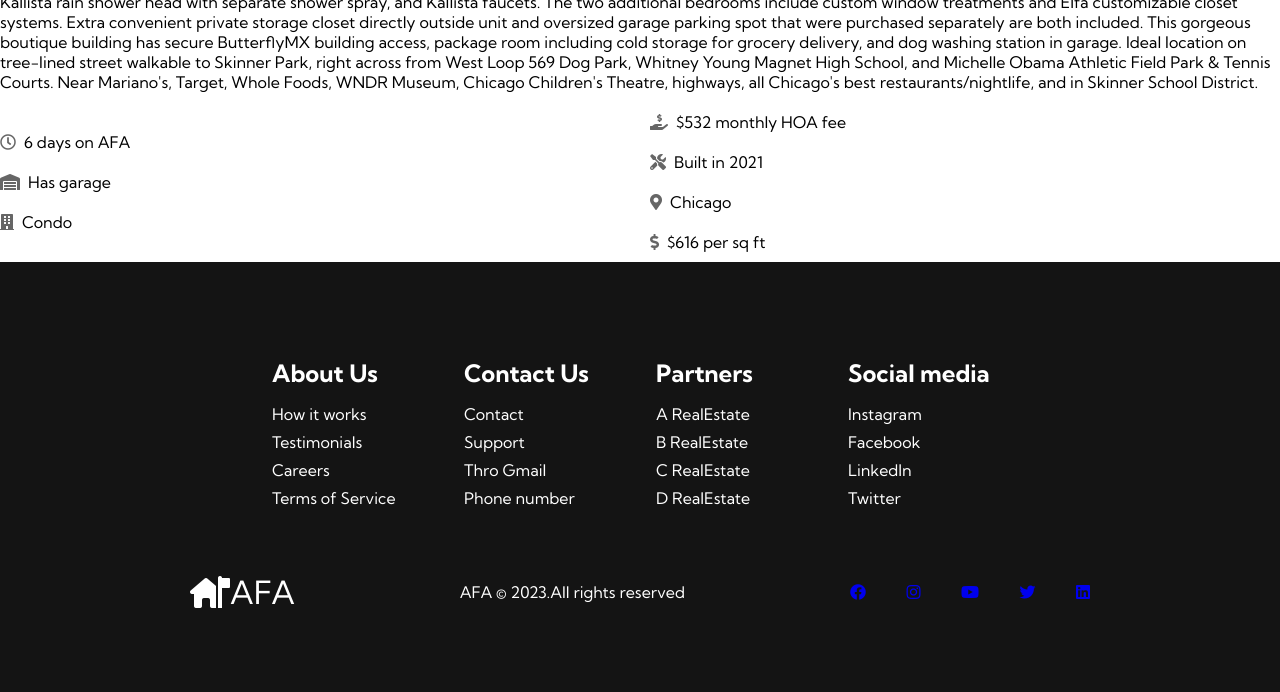
Repository: MrAllin1/ProgWWW_23_Gr1
Page: pages/Apartment1.html
These files come from the project's save history. The page is drawn as it stood at one moment and after the next save; the edit follows.
The browser window is 1280 px wide. The pictures show the part of the page from y = 817 to 1769 px (the page is 1509 px tall before and 1769 px after).
A picture or video elsewhere on the page could not be fetched, so the positions and the page height are approximate. Some web libraries are served in a nearby version.

Above is the page before, as saved 2024-01-11 02:23:03.

### pages/Apartment1.html
<!DOCTYPE html>
<html lang="en">
<head>
    <meta charset="UTF-8">
    <meta name="viewport" content="width=device-width, initial-scale=1.0">
    <link rel="stylesheet" type="text/css" href="../pages/stylesForHouse.css">
    <script src="https://kit.fontawesome.com/186711ed6a.js" crossorigin="anonymous"></script>
    <link rel="preconnect" href="https://fonts.googleapis.com">
    <link rel="preconnect" href="https://fonts.gstatic.com" crossorigin>
    <link href="https://fonts.googleapis.com/css2?family=Kumbh+Sans:wght@400;700&display=swap" rel="stylesheet">
    <link rel="stylesheet" href="https://cdnjs.cloudflare.com/ajax/libs/font-awesome/5.15.1/css/all.min.css">
    <title>Apartment on Chicago</title>
</head>
<body>
    <nav class="navbar">
        <div class="navbar_container">
            <a href="/" id="navbar_logo"> <i class="fas fa-house-flag"></i>AFA</a>
            <div class="navbar_toggle" id="mobile-menu">
                <span class="bar"></span>
                <span class="bar"></span>
                <span class="bar"></span>
            </div>
            <ul class="navbar_menu">
                <li class="navbar_item">
                    <a href="#home" class="navbar_link">Home</a>
                </li>
                <li class="navbar_item">
                    <a href="#services" class="navbar_link">Services</a>
                </li>
                <li class="navbar_item">
                    <a href="/pages/BuyRent.html" class="navbar_link">Buy/Rent</a>
                </li>
                <li class="navbar_item">
                    <a href="/pages/sell.html" class="navbar_link">Sell</a>
                </li>
                <li class="navbar_btn">
                    <a href="/pages/signUp.html" class="button">Sign Up</a>
                </li>
            </ul>
        </div>
    </nav>
    <div class="gallery-container">
        <h2>Welcome to the Chicago, IL 60607 Apartment</h2> </br>
        <a href="https://www.google.com/maps/place/1400+W+Monroe+St+Unit+3D,+Chicago,+IL+60607/@41.8921309,-87.6437649,17z/data=!3m1!4b1!4m5!3m4!1s0x880e2c022b8c54db:0xb0636704019237d3!8m2!3d41.8921309!4d-87.6415762" target="_blank" class="services_link1">1400 W Monroe St Unit 3D, Chicago, IL 60607</a> </br>
        <p>$1,135,000</p></br>
        <span> 171 square meters</span>
        <div class="gallery">
            <img src="/images/Apartment_1/item_1.jpg" alt="Image 1" />
            <img src="/images/Apartment_1/item_2.jpg" alt="Image 2" />
            <img src="/images/Apartment_1/item_3.jpg" alt="Image 3" />
            <img src="/images/Apartment_1/item_4.jpg" alt="Image 4" />
            <img src="/images/Apartment_1/item_5.JPG" alt="Image 5" />
            <img src="/images/Apartment_1/item_6.JPG" alt="Image 6" />
            <img src="/images/Apartment_1/item_7.JPG" alt="Image 7" />
            <img src="/images/Apartment_1/item_8.JPG" alt="Image 8" />
            <img src="/images/Apartment_1/item_9.JPG" alt="Image 9" />
            <img src="/images/Apartment_1/item_10.jpg" alt="Image 10" />
            <img src="/images/Apartment_1/item_11.jpg" alt="Image 11" />
            <img src="/images/Apartment_1/item_12.jpg" alt="Image 12" />
            <img src="/images/Apartment_1/item_13.jpg" alt="Image 13" />
            <img src="/images/Apartment_1/item_14.jpg" alt="Image 14" />
            <img src="/images/Apartment_1/item_15.JPG" alt="Image 15" />
            <img src="/images/Apartment_1/item_16.jpg" alt="Image 16" />
            <img src="/images/Apartment_1/item_17.jpg" alt="Image 17" />
            <img src="/images/Apartment_1/item_18.jpg" alt="Image 18" />
            <img src="/images/Apartment_1/item_19.jpg" alt="Image 19" />
            <img src="/images/Apartment_1/item_20.jpg" alt="Image 20" />
            <img src="/images/Apartment_1/item_21.jpg" alt="Image 21" />
            <img src="/images/Apartment_1/item_22.jpg" alt="Image 22" />
          </div>

          <button class="arrow-button left">&#8249;</button>
          <button class="arrow-button right">&#8250;</button>
          <p> About this home
            Stunning 3Bed/2.5Bath corner condo in the gorgeous, newer construction 1400 W Monroe Residences!
            Distinctly upgraded unit includes hardwood floors throughout, custom designed kitchen by Mojo Stumer
            with 3 cm quartz countertops, beautiful custom cabinetry, custom built-in Thermador appliances & Bosch
            dishwasher, sleek pendants & undercabinet kitchen lighting. Additional features include custom recessed
            lighting, Lutron Caseta Wireless Lighting Technology package with thermostat controls, RH dining light
            fixture, oversized black framed windows with custom remote shades in living/dining area, and private
            covered weather resistant balcony to enjoy grilling or afternoon sunsets. Primary suite features custom
            lighting, custom window treatments, expertly-designed dressing room with California closets and concealed
            storage for a luxury look as well as floating double vanity in primary bathroom with 3 cm quartz countertops,
            dual illuminated frameless wall mounted medicine cabinets, Kallista rain shower head with separate shower spray,
            and Kallista faucets. The two additional bedrooms include custom window treatments and Elfa customizable closet
            systems. Extra convenient private storage closet directly outside unit and oversized garage parking spot that
            were purchased separately are both included. This gorgeous boutique building has secure ButterflyMX building
            access, package room including cold storage for grocery delivery, and dog washing station in garage. Ideal
            location on tree-lined street walkable to Skinner Park, right across from West Loop 569 Dog Park, Whitney
            Young Magnet High School, and Michelle Obama Athletic Field Park & Tennis Courts. Near Mariano's, Target,
            Whole Foods, WNDR Museum, Chicago Children's Theatre, highways, all Chicago's best restaurants/nightlife,
            and in Skinner School District.</p>
    </div>
</br>
    <div class="property-features">
      <div class="feature">
        <i class="far fa-clock"></i> 6 days on AFA
      </div>
      <div class="feature">
        <i class="fas fa-warehouse"></i> Has garage
      </div>
      <div class="feature">
        <i class="fas fa-building"></i> Condo
      </div>
      <div class="feature">
        <i class="fas fa-hand-holding-usd"></i> $532 monthly HOA fee
      </div>
      <div class="feature">
        <i class="fas fa-tools"></i> Built in 2021
      </div>
      <div class="feature">
        <i class="fas fa-map-marker-alt"></i> Chicago
      </div>
      <div class="feature">
        <i class="fas fa-dollar-sign"></i> $616 per sq ft
      </div>
    </div>


    <div class="footer_container">
        <div class="footer_links">
            <div class="footer_link-wrapper">
                <div class="footer_link-items">
                    <h2>About Us</h2>
                    <a href="/">How it works</a>
                    <a href="/">Testimonials</a>
                    <a href="/">Careers</a>
                    <a href="/">Terms of Service</a>
                </div>
                <div class="footer_link-items">
                    <h2>Contact Us</h2>
                    <a href="/">Contact</a>
                    <a href="/">Support</a>
                    <a href="/">Thro Gmail</a>
                    <a href="/">Phone number</a>
                </div>
            </div>
            <div class="footer_link-wrapper">
                <div class="footer_link-items">
                    <h2>Partners</h2>
                    <a href="/">A RealEstate</a>
                    <a href="/">B RealEstate</a>
                    <a href="/">C RealEstate</a>
                    <a href="/">D RealEstate</a>
                </div>
                <div class="footer_link-items">
                    <h2>Social media</h2>
                    <a href="https://www.instagram.com" target="_blank">Instagram</a>
                    <a href="https://www.facebook.com" target="_blank">Facebook</a>
                    <a href="https://www.linkedin.com" target="_blank">LinkedIn</a>
                    <a href="https://www.twitter.com" target="_blank">Twitter</a>
                </div>
            </div>
        </div>
        <div class="social_media">
            <div class="social_media-wrap">
                <div class="footer_logo">
                    <a href="/" id="footer_logo"> <i class="fas fa-house-flag"></i>AFA</a>
                </div>
                <p class="website_rights">AFA © 2023.All rights reserved</p>
                <div class="social_icons">
                    <a href="/" class="social_icon_link" target="_blank"><i class="fab fa-facebook"></i></a>
                    <a href="https://www.instagram.com" class="social_icon_link" target="_blank"><i class="fab fa-instagram"></i></a>
                    <a href="https://www.facebook.com" class="social_icon_link" target="_blank"><i class="fab fa-youtube"></i></a>
                    <a href="https://www.twitter.com" class="social_icon_link" target="_blank"><i class="fab fa-twitter"></i></a>
                    <a href="https://www.linkedin.com" class="social_icon_link" target="_blank"><i class="fab fa-linkedin"></i></a>
                </div>
            </div>
        </div>
    </div>

    <script src="../app.js"></script>

</body>
</html>

Loaded but not shown: app.js (155 lines, source omitted); pages/stylesForHouse.css (698 lines, source omitted)

After the next save:
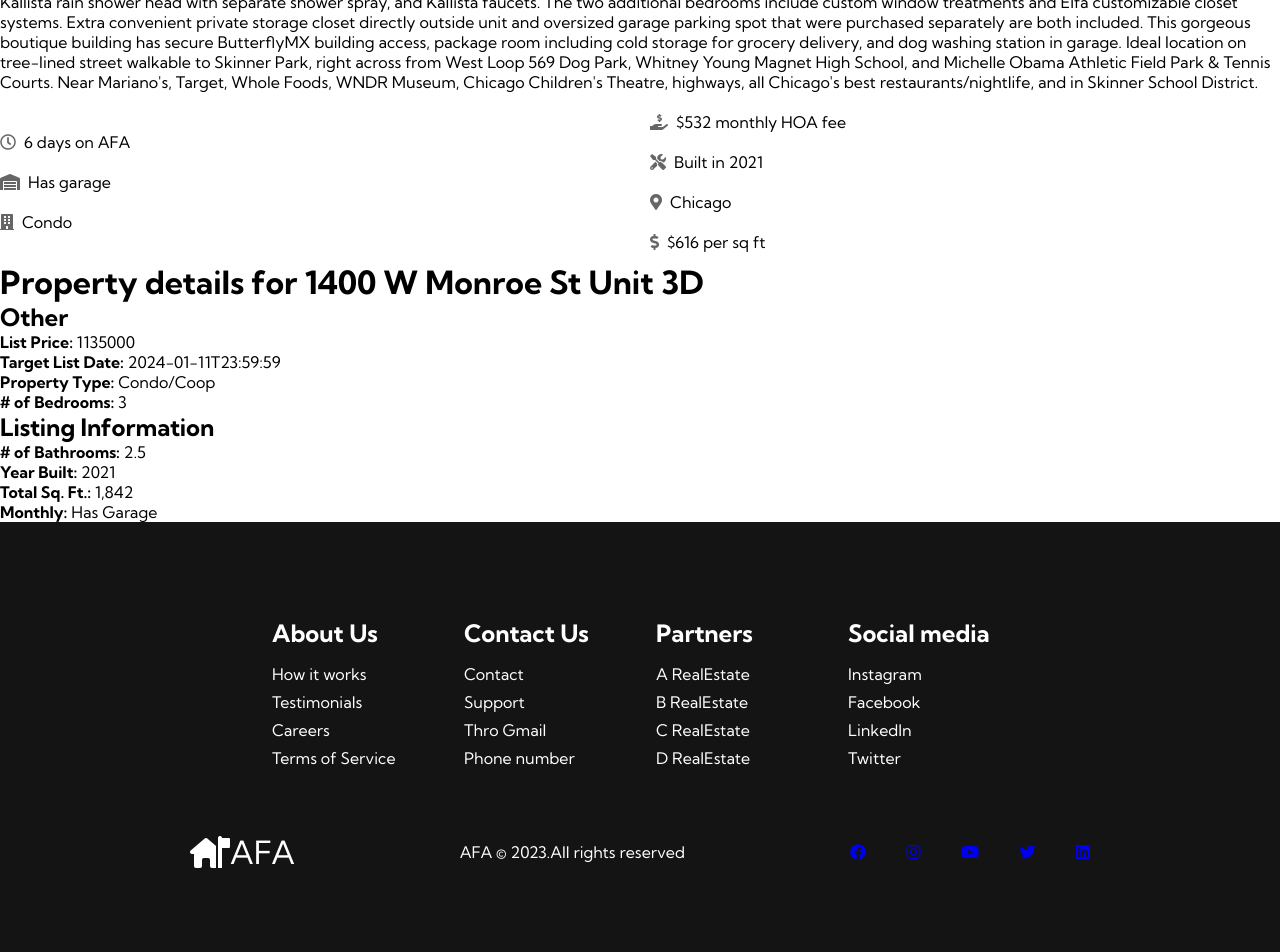
Saved 7 min 1 s later.
--- a/pages/Apartment1.html
+++ b/pages/Apartment1.html
@@ -116,6 +116,31 @@
       </div>
     </div>
 
+    <div class="container">
+        <h1>Property details for 1400 W Monroe St Unit 3D</h1>
+
+        <div class="details">
+          <div class="section">
+            <h2>Other</h2>
+            <ul>
+              <li><strong>List Price:</strong> 1135000</li>
+              <li><strong>Target List Date:</strong> 2024-01-11T23:59:59</li>
+              <li><strong>Property Type:</strong> Condo/Coop</li>
+              <li><strong># of Bedrooms:</strong> 3</li>
+            </ul>
+          </div>
+
+          <div class="section right">
+            <h2>Listing Information</h2>
+            <ul>
+              <li><strong># of Bathrooms:</strong> 2.5</li>
+              <li><strong>Year Built:</strong> 2021</li>
+              <li><strong>Total Sq. Ft.:</strong> 1,842</li>
+              <li><strong>Monthly:</strong> Has Garage</li>
+            </ul>
+          </div>
+        </div>
+      </div>
 
     <div class="footer_container">
         <div class="footer_links">
